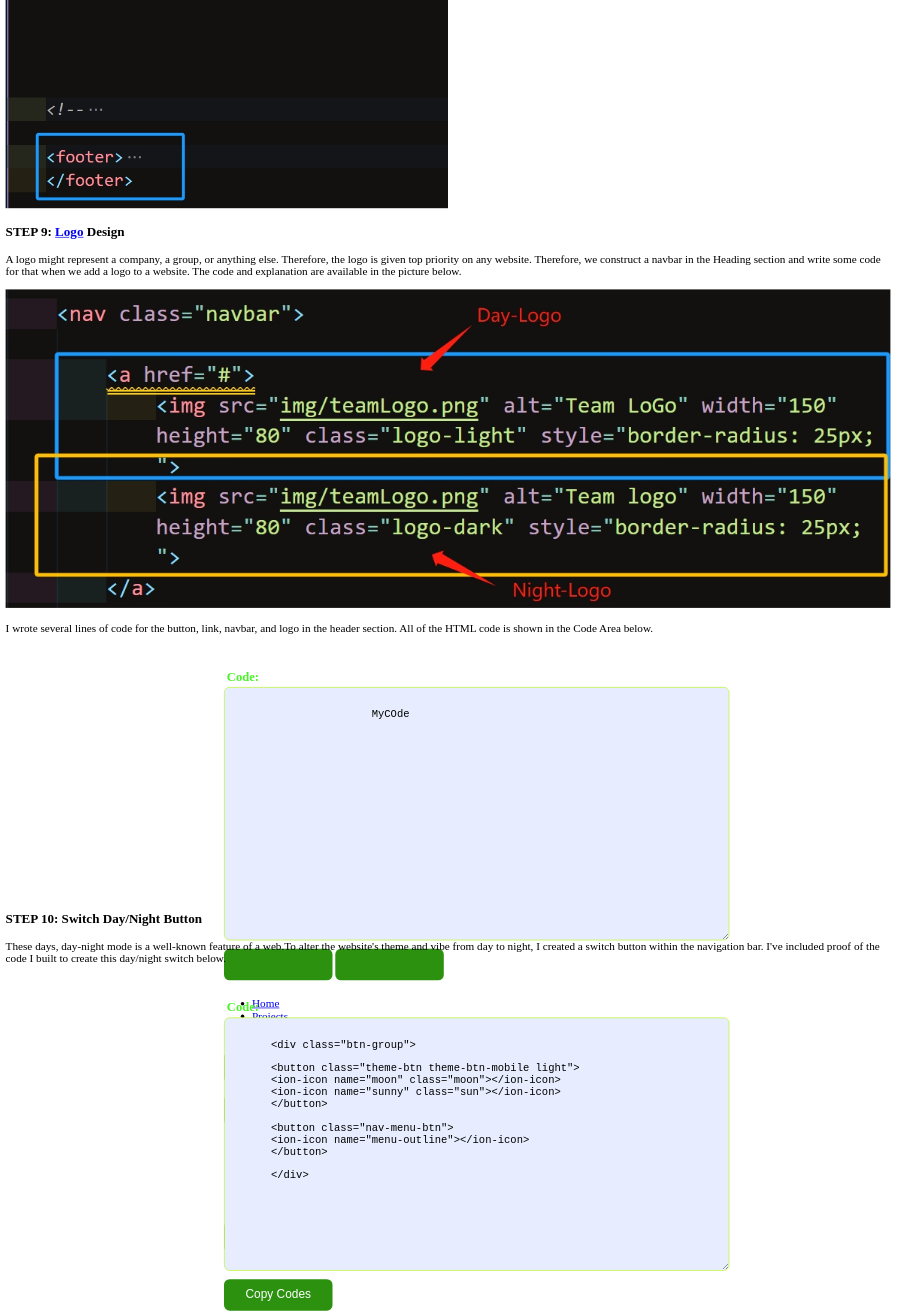
Repository: NexMaker-Fab/2023zjudem-INNOGENIUSES
Page: build web/page.html
These files come from the project's save history. The page is drawn as it stood at one moment and after the next save; the edit follows.
The browser window is 1280 px wide. The page is 1292 px wide, so the pictures cover 1292 px, including what lies to the right of the window. The pictures show the part of the page from y = 2769 to 4649 px (the page is 4649 px tall), at 70% of full size.

Above is the page before, as saved 2023-11-27 20:04:41.

After the next save:
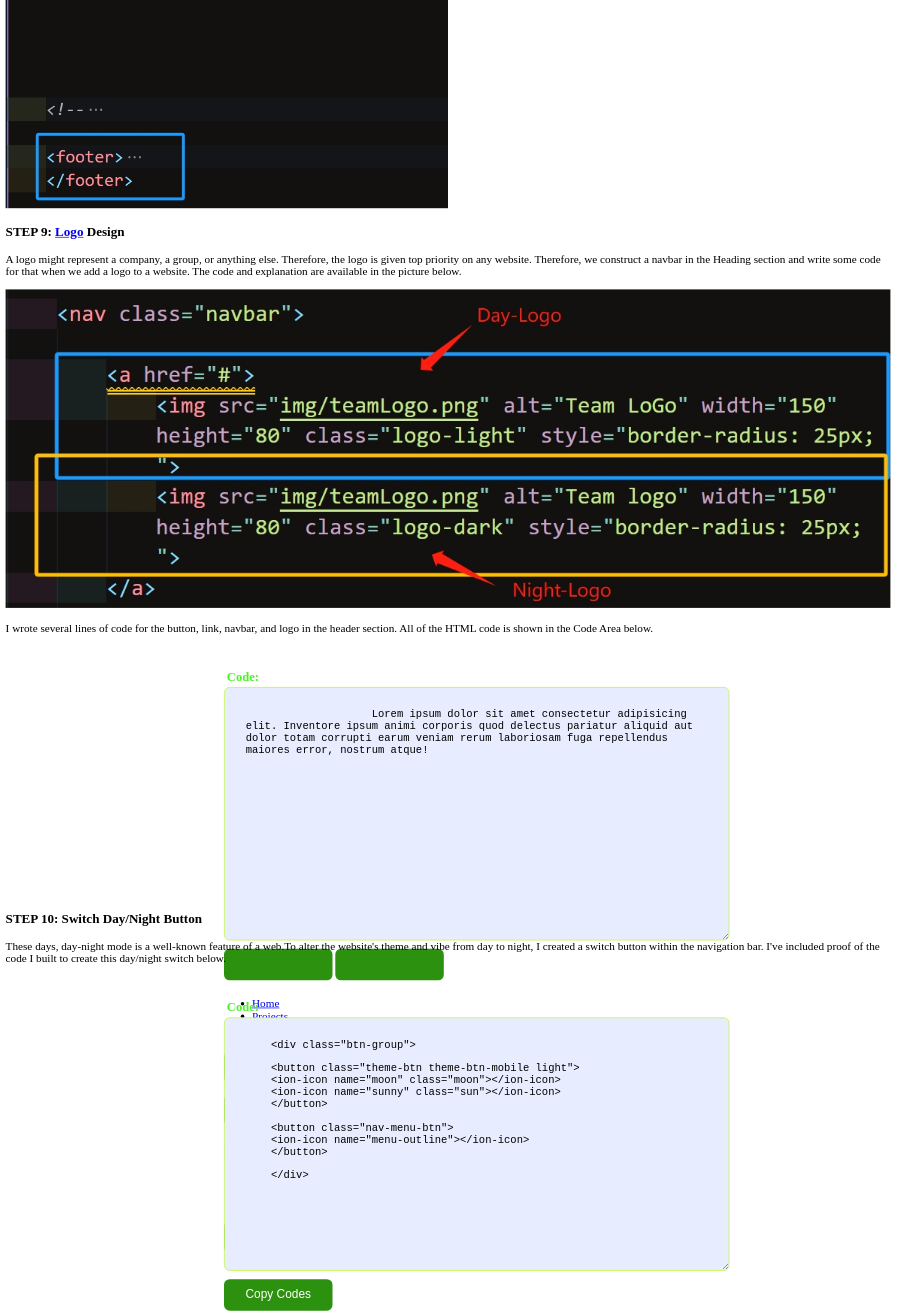
Saved 8 s later.
--- a/build web/page.html
+++ b/build web/page.html
@@ -53,7 +53,7 @@
         <div class="code-box codeBox">
             <div class="topic">Code:</div>
             <textarea id="codeBox" readonly>
-                    MyCOde
+                    Lorem ipsum dolor sit amet consectetur adipisicing elit. Inventore ipsum animi corporis quod delectus pariatur aliquid aut dolor totam corrupti earum veniam rerum laboriosam fuga repellendus maiores error, nostrum atque!
                 </textarea>
             <div class="btn-group">
 
